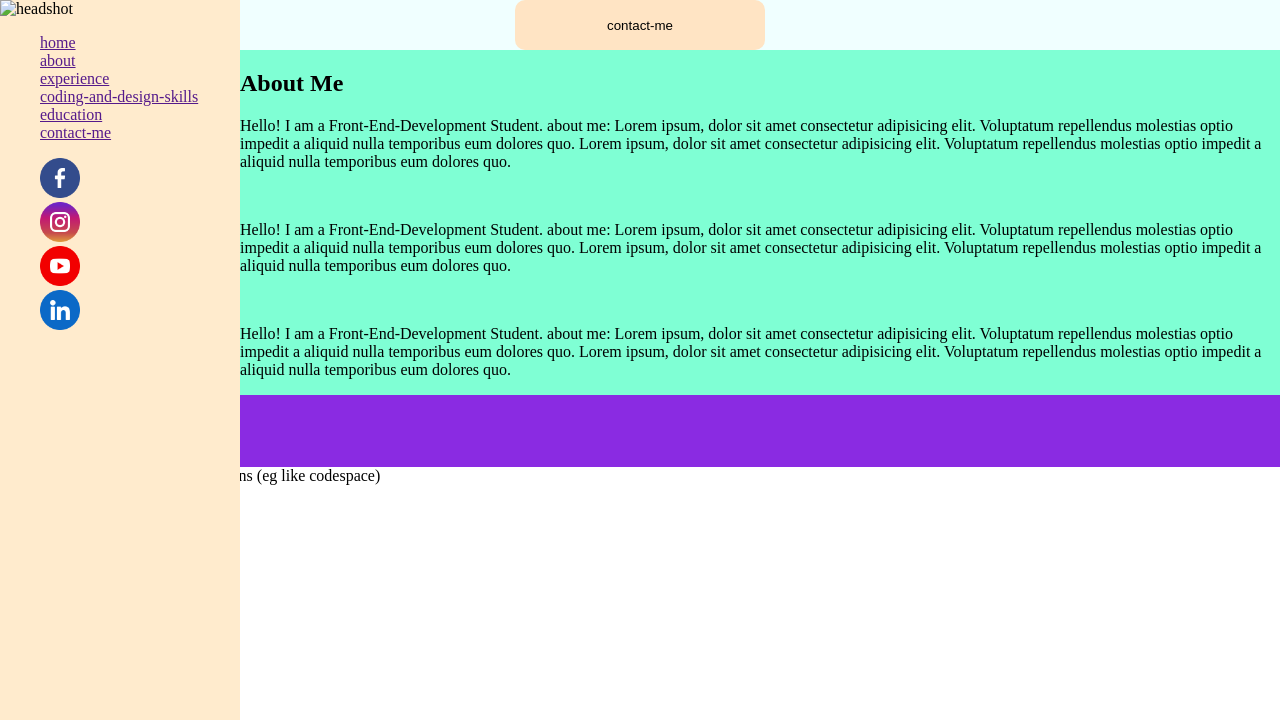
Repository: WesleyErasmus/MyDigitalResume-5
Page: index.html
The author's editor kept a copy of each file at every save. The page is drawn from the files as they stood at one save, then again after the next save.
The browser window is 1280 px wide. The pictures show the whole page.

Above is the page before, as saved 2022-02-24 17:42:45.

After the next save:
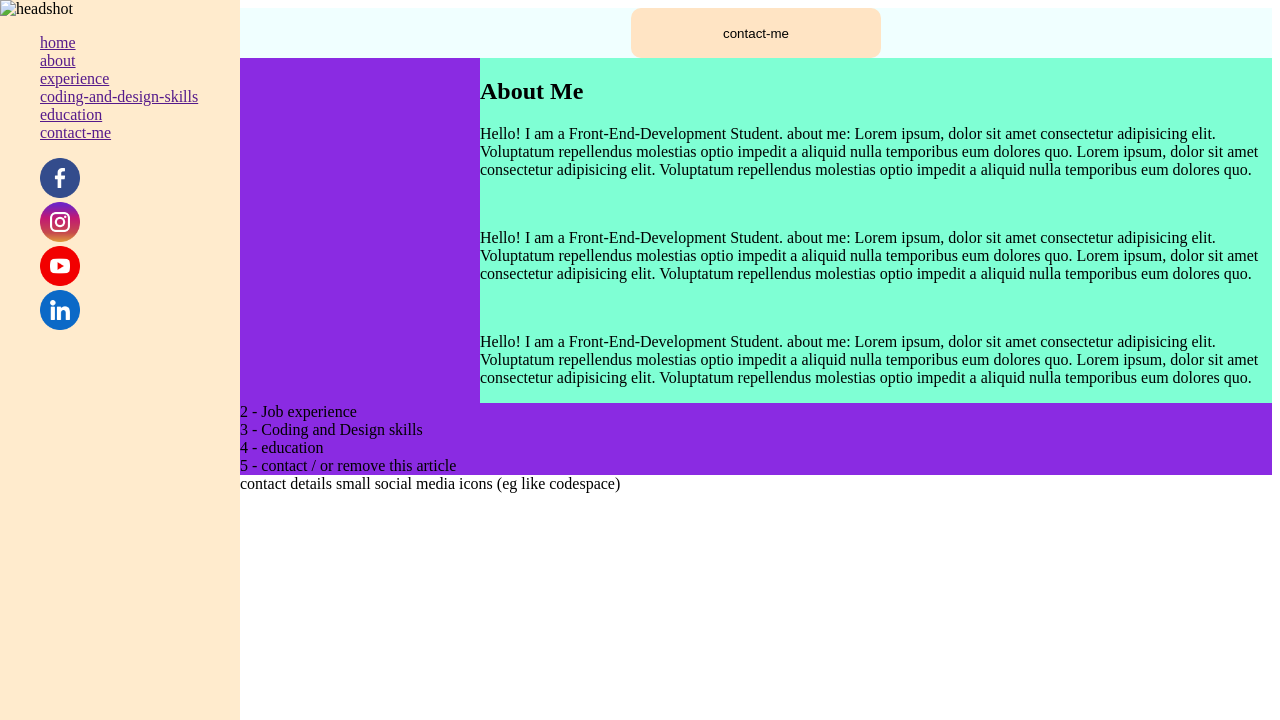
Saved 69 s later.
--- a/stylesheet.css
+++ b/stylesheet.css
@@ -3,7 +3,7 @@
     list-style-type: none;
 }
 body {
-    margin: 0;
+    margin-left: 240px;
     padding: 0;
 }
 header {
